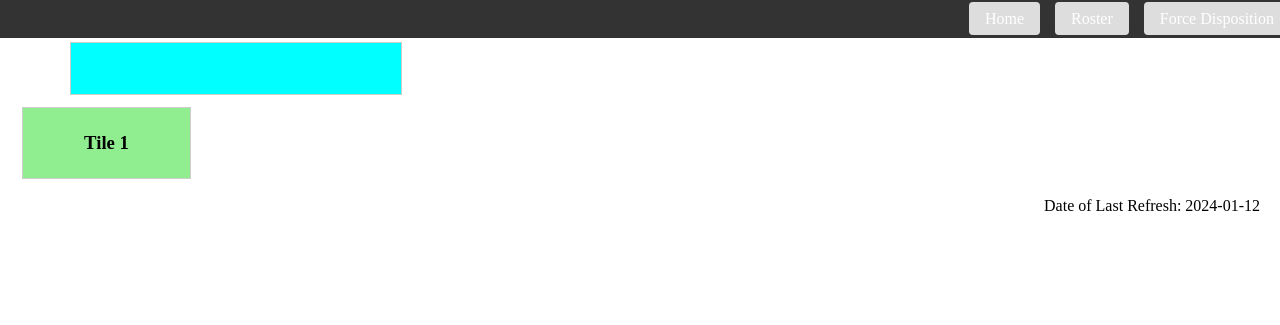
Repository: mjquesada/j2x_react
Page: /
An editor plug-in stored every save of this project. The page is shown before and after the next save, followed by the edit.
The browser window is 1280 px wide. The pictures show the whole page.
The project was rebuilt for these pictures with package versions that can differ from the ones it lists, and the page was loaded fresh each time. Also part of the build but not shown: src/components/MetricDisplay.js, src/components/BarChart.js, src/components/Table.js, src/components/Dropdown.js, src/components/Button.js, src/components/Roster.jsx, src/components/Map.js, src/components/Force.jsx.

Above is the page before, as saved 2024-03-12 10:20:00.

### src/index.css
html,
body {
  margin: 0;
  padding: 0;
  box-sizing: border-box;
}

.home-title,
.roster-title,
.force-title {
  text-align: center;
  margin: 5px;
}

.refresh-date {
  text-align: end;
}

/* Home Page */
.home-container {
  padding: 0px 20px;
}
/* Box information */
.box-container {
  display: flex;
  justify-content: center;
}

.box {
  border: 1px solid #ccc;
  padding: 15px;
  margin: 10px 50px;
  width: 300px;
  background-color: cyan;
}

.box h1 {
  margin-bottom: 10px;
}

.box div p {
  margin: 0; /* Remove default margin for <p> elements */
}

/* Tile Information */
.tile-container {
  display: flex;
  flex-wrap: wrap;
  width: 100%;
  justify-content: space-between;
}

.large-tile {
  border: 2px solid #ccc;
  padding: 5px;
  margin: 2px;
  width: calc(20% - 20px); /* Adjusted for five tiles */
  text-align: center;
  word-wrap: break-word;
  background-color: lightblue;
}

.small-tile {
  border: 1px solid #ccc;
  padding: 5px;
  margin: 2px;
  width: calc(14.28% - 20px); /* Adjusted for seven tiles */
  text-align: center;
  word-wrap: break-word;
  background-color: lightgreen;
}

.tile h3 {
  margin-bottom: 10px;
}

.tile-image {
  max-width: 50px;
  height: 60px;
  margin-bottom: 8px;
}

/* NavBar Information */
.navbar {
  display: flex;
  justify-content: flex-end;
  background-color: #333; /* Example background color */
  padding: 10px;
  position: fixed; /* Make the navbar fixed */
  top: 0; /* Position it at the top of the viewport */
  width: 100%; /* Ensure it spans the full width of the viewport */
  z-index: 1000; /* Ensure it stays on top of other content */
}

.navbar-links {
  display: flex;
  justify-content: flex-end;
  list-style: none;
  padding: 0;
  margin: 0;
  top: 0;
  width: 100%;
  position: sticky;
}

.navbar-links li {
  margin-left: 15px; /* Adds space between the links */
}

.navbar-links a {
  color: white;
  text-decoration: none;
  padding: 8px 16px;
  border-radius: 4px;
  background-color: #ddd; /* Example background color for links */
}

.navbar-links a:hover {
  background-color: #bbb; /* Example hover effect */
}

/* Bar Chart Information */
.roster-row {
  display: flex;
  justify-content: space-between; /* Adjust as needed */
  align-items: center;
  width: 100%; /* Ensure it takes the full width */
  padding: 0 1em; /* Add padding on the left and right */
}

.metric-display,
.bar-chart {
  flex: 1; /* Ensure they take up equal space */
  margin: 0 10px; /* Add space to the left and right of each component */
}

.metric-display {
  text-align: center;
  /* Additional styling */
}

.bar-chart {
  width: 100%; /* Ensure the chart takes up the full width */
  /* Additional styling */
}

.metric-font-size {
  font-size: 28px;
}

/* Roster Filters */
.roster-container {
  display: flex;
  flex-direction: column;
  align-items: center;
  width: 100%;
}

.filter-row1 {
  display: grid;
  grid-template-columns: repeat(6, 1fr);
  grid-gap: 10px;
  margin: 0 1em; /* Add margin to both sides */
  margin-bottom: 20px;
  padding-top: 30px;
  width: 80%;
}

.filter-row2 {
  display: grid;
  grid-template-columns: repeat(6, 1fr);
  grid-gap: 10px;
  margin: 0 1em; /* Add margin to both sides */
  margin-bottom: 20px;
  padding-top: 5px;
  width: 80%;
}

.multi-select-filter {
  /* Style each filter as needed */
}

/* Dropdown styles */
.dropdown-container {
  position: relative;
  display: inline-block;
}

.dropdown-select {
  padding: 10px;
  border: 1px solid #ccc;
  border-radius: 5px;
  cursor: pointer;
  min-width: 150px;
}

.dropdown-options {
  position: absolute;
  top: 100%;
  left: 0;
  z-index: 1;
  background-color: #fff;
  border: 1px solid #ccc;
  border-top: none;
  border-radius: 0 0 5px 5px;
  box-shadow: 0px 2px 5px rgba(0, 0, 0, 0.1);
  max-height: 150px;
  overflow-y: auto;
}

.dropdown-option {
  padding: 8px;
  cursor: pointer;
  transition: background-color 0.3s;
}

.dropdown-option:hover {
  background-color: #f0f0f0;
}

/* Button Styles */
.custom-button {
  padding: 10px 20px;
  margin-right: 67px; /* Adjust margin to spread buttons apart */
  border: none;
  color: white;
  cursor: pointer;
  border-radius: 5px;
  transition: background-color 0.3s, box-shadow 0.3s;
}

.custom-button:hover {
  box-shadow: 0 0 10px rgba(0, 0, 0, 0.3); /* Add a subtle shadow on hover */
}

.custom-button.blue {
  background-color: #3498db; /* Blue color for 'Update Filters' */
}

.custom-button.red {
  background-color: #e74c3c; /* Red color for 'Clear Filters' */
}

.button-row {
  display: flex;
  justify-content: center; /* Center the buttons horizontally */
  gap: 10px; /* Adds space between the buttons */
  padding: 20px 0 0 0; /* Adds padding above and below the buttons */
}

/* Table Data */
.data-table {
  width: 100%;
  border-collapse: collapse;
  margin-top: 20px;
}

.data-table th,
.data-table td {
  border: 1px solid #ddd;
  padding: 8px;
  text-align: left;
}

.data-table th {
  background-color: #f2f2f2;
}

.data-table tr:hover {
  background-color: #f5f5f5;
}

.roster-table,
.force-container .roster-table {
  width: 80%;
  margin: 0 auto; /* Centers the table horizontally */
}

/* Force Page */
.force-container {
  width: 100%;
  padding-top: 30px; /* Adjust as needed */
  padding-left: 20px;
  padding-right: 20px;
}

.force-row {
  display: flex;
  justify-content: space-between;
}

.metrics-column,
.charts-row,
.dropdowns-row {
  display: flex;
  flex-direction: column;
}

.metrics-column {
  flex: 1; /* Takes up 1/4 of the row */
}

.charts-row,
.dropdowns-row {
  flex: 3; /* Takes up 3/4 of the row */
  flex-direction: row; /* Aligns items horizontally */
  justify-content: space-evenly; /* Spaces out the items */
}

/* Map Information */
.map-container {
  display: flex;
  justify-content: center;
  width: 100%;
  padding: 0;
}

### src/App.js
import React from 'react';
import { BrowserRouter as Router, Route, Routes } from 'react-router-dom';
import NavBar from './components/NavBar';
import Home from './components/Home';
import Roster from './components/Roster';
import Force from './components/Force';

const App = () => {
  return (
    <Router>
      <NavBar />
      <Routes>
        <Route path="/" element={<Home />} />
        <Route path="/roster" element={<Roster />} />
        <Route path="/force" element={<Force />} />
      </Routes>
    </Router>
  );
}

export default App;

### src/components/NavBar.js
import React from "react";
import { Link } from "react-router-dom";

const NavBar = () => {
  return (
    <nav className="navbar">
      <ul className="navbar-links">
        <li>
          <Link to="/">Home</Link>
        </li>
        <li>
          <Link to="/roster">Roster</Link>
        </li>
        <li>
          <Link to="/force">Force Disposition</Link>
        </li>
      </ul>
    </nav>
  );
};

export default NavBar;

### src/components/Home.jsx
import React from "react";
import { boxData, tileData } from "../data";
import Box from "./Box";
import Tile from "./Tile";

const Home = () => {
 const tilesInFirstRow = 5;

 return (
    <div className="home-container">
      <h2 className="home-title">Home Page</h2>
      <Box boxData={boxData} />

      <div className="tile-container">
        {tileData.slice(0, tilesInFirstRow).map((tile, index) => (
          <Tile
            key={tile.id}
            title={tile.title}
            imagePath={tile.imagePath}
            description={tile.description}
            className="large-tile"
          />
        ))}
        {tileData.slice(tilesInFirstRow).map((tile, index) => (
          <Tile
            key={tile.id}
            title={tile.title}
            imagePath={tile.imagePath}
            description={tile.description}
            className="small-tile"
          />
        ))}
      </div>
      <p className="refresh-date">Date of Last Refresh: 2024-01-12</p>
    </div>
 );
};

export default Home;

### src/data.js
export const boxData = [
  {
    id: 1,
    title: "Personnel Count",
    content: 1500,
  },
  {
    id: 2,
    title: "AoR Breakdown",
    content: [
      { label: "AFRICOM", value: 700 },
      { label: "EUCOM", value: 800 },
      { label: "SOCCOM", value: 900 },
    ],
  },
];

export const tileData = [
  {
    id: 1,
    title: "Tile 1",
    imagePath: "path/to/tile1.jpg",
    description: "Description for Tile 1",
  },
  // ... other tile objects
];

export const rosterFilterOptions = [
  { label: "Org", value: "value", id: 1 },
  { label: "Location", value: "value", id: 2 },
  { label: "Branch", value: "value", id: 3 },
  { label: "Group", value: "value", id: 4 },
  { label: "Type", value: "value", id: 5 },
  { label: "SOF", value: "value", id: 6 },
  { label: "AoR", value: "value", id: 7 },
  { label: "Deploy", value: "value", id: 8 },
  { label: "Service", value: "value", id: 9 },
  { label: "Country", value: "value", id: 10 },
  { label: "Waiver", value: "value", id: 11 },
  { label: "FTN", value: "value", id: 12 },
];

export const mapFilterOptions = [
  { label: "Option 1", value: "option1", id: 1 },
  { label: "Option 2", value: "option2", id: 2 },
  // Add more options as needed
];

// data.js
export const placeholderTableData = [
  { id: 1, name: "John Doe", age: 28, location: "City A" },
  { id: 2, name: "Jane Smith", age: 35, location: "City B" },
  // Add more data as needed
];

### src/components/Box.js
import React from 'react';

const Box = ({ title, content }) => {
  return (
    <div className="box">
      <h1>{title}</h1>
      <div>
        <p>{content}</p>
      </div>
    </div>
  );
};

export default Box;

### src/components/Tile.js
import React from "react";

const Tile = ({ title, content, size }) => {
  const tileClass = size === "large" ? "large-tile" : "small-tile";

  return (
    <div className={tileClass}>
      <h3>{title}</h3>
      <div>{content}</div>
    </div>
  );
};

export default Tile;

Loaded but not shown: public/index.html (common file); src/index.js (common file)

After the next save:
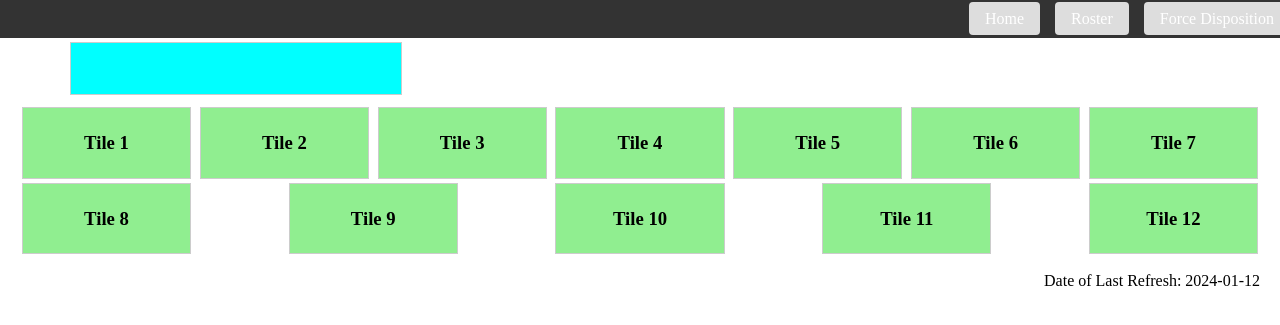
Saved 6 min 48 s later.
--- a/src/data.js
+++ b/src/data.js
@@ -16,14 +16,79 @@
 ];
 
 export const tileData = [
-  {
-    id: 1,
-    title: "Tile 1",
-    imagePath: "path/to/tile1.jpg",
-    description: "Description for Tile 1",
-  },
-  // ... other tile objects
-];
+    {
+      id: 1,
+      title: "Tile 1",
+      imagePath: "path/to/tile1.jpg",
+      description: "Description for Tile 1",
+    },
+    {
+      id: 2,
+      title: "Tile 2",
+      imagePath: "path/to/tile2.jpg",
+      description: "Description for Tile 2",
+    },
+    {
+      id: 3,
+      title: "Tile 3",
+      imagePath: "path/to/tile3.jpg",
+      description: "Description for Tile 3",
+    },
+    {
+      id: 4,
+      title: "Tile 4",
+      imagePath: "path/to/tile4.jpg",
+      description: "Description for Tile 4",
+    },
+    {
+      id: 5,
+      title: "Tile 5",
+      imagePath: "path/to/tile5.jpg",
+      description: "Description for Tile 5",
+    },
+    {
+      id: 6,
+      title: "Tile 6",
+      imagePath: "path/to/tile6.jpg",
+      description: "Description for Tile 6",
+    },
+    {
+      id: 7,
+      title: "Tile 7",
+      imagePath: "path/to/tile7.jpg",
+      description: "Description for Tile 7",
+    },
+    {
+      id: 8,
+      title: "Tile 8",
+      imagePath: "path/to/tile8.jpg",
+      description: "Description for Tile 8",
+    },
+    {
+      id: 9,
+      title: "Tile 9",
+      imagePath: "path/to/tile9.jpg",
+      description: "Description for Tile 9",
+    },
+    {
+      id: 10,
+      title: "Tile 10",
+      imagePath: "path/to/tile10.jpg",
+      description: "Description for Tile 10",
+    },
+    {
+      id: 11,
+      title: "Tile 11",
+      imagePath: "path/to/tile11.jpg",
+      description: "Description for Tile 11",
+    },
+    {
+      id: 12,
+      title: "Tile 12",
+      imagePath: "path/to/tile12.jpg",
+      description: "Description for Tile 12",
+    },
+  ];
 
 export const rosterFilterOptions = [
   { label: "Org", value: "value", id: 1 },
